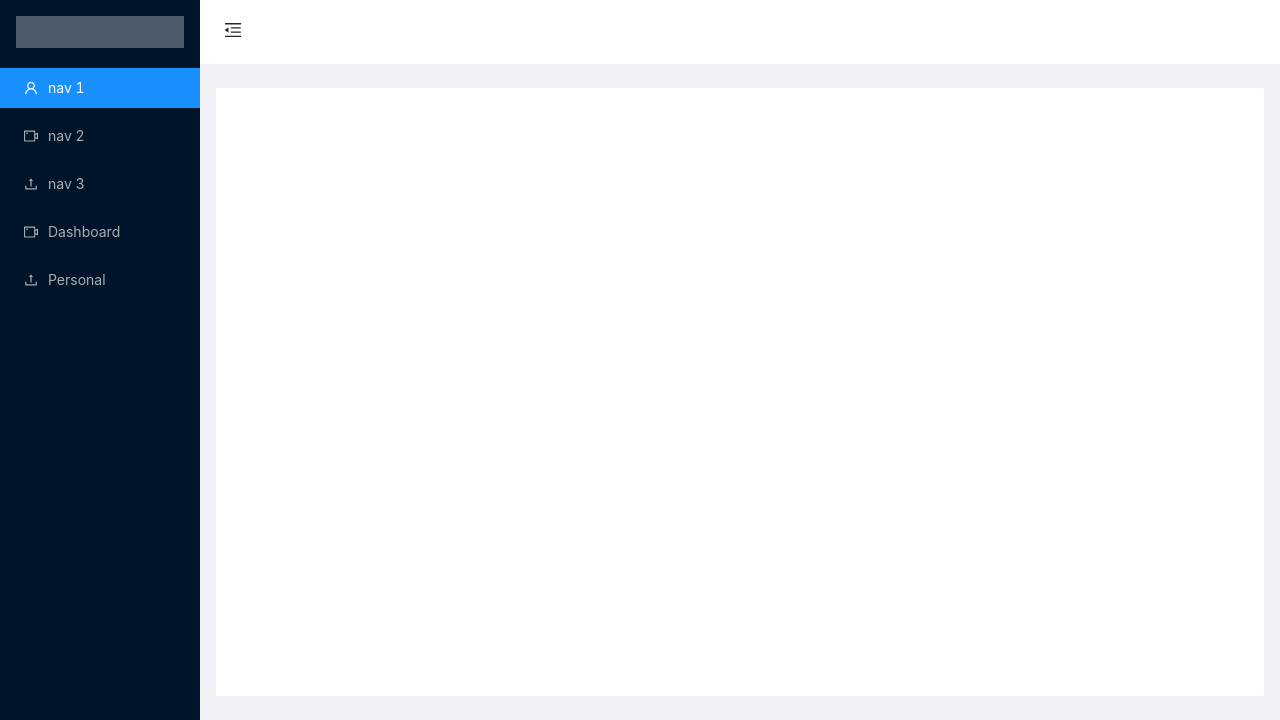
Repository: DallenCat/react-test
Page: /login
An editor plug-in stored every save of this project. The page is shown before and after the next save, followed by the edit.
The browser window is 1280 px wide. The pictures show the whole page.
The project was rebuilt for these pictures with package versions that can differ from the ones it lists, and the page was loaded fresh each time.

Above is the page before, as saved 2021-10-27 13:10:22.

After the next save:
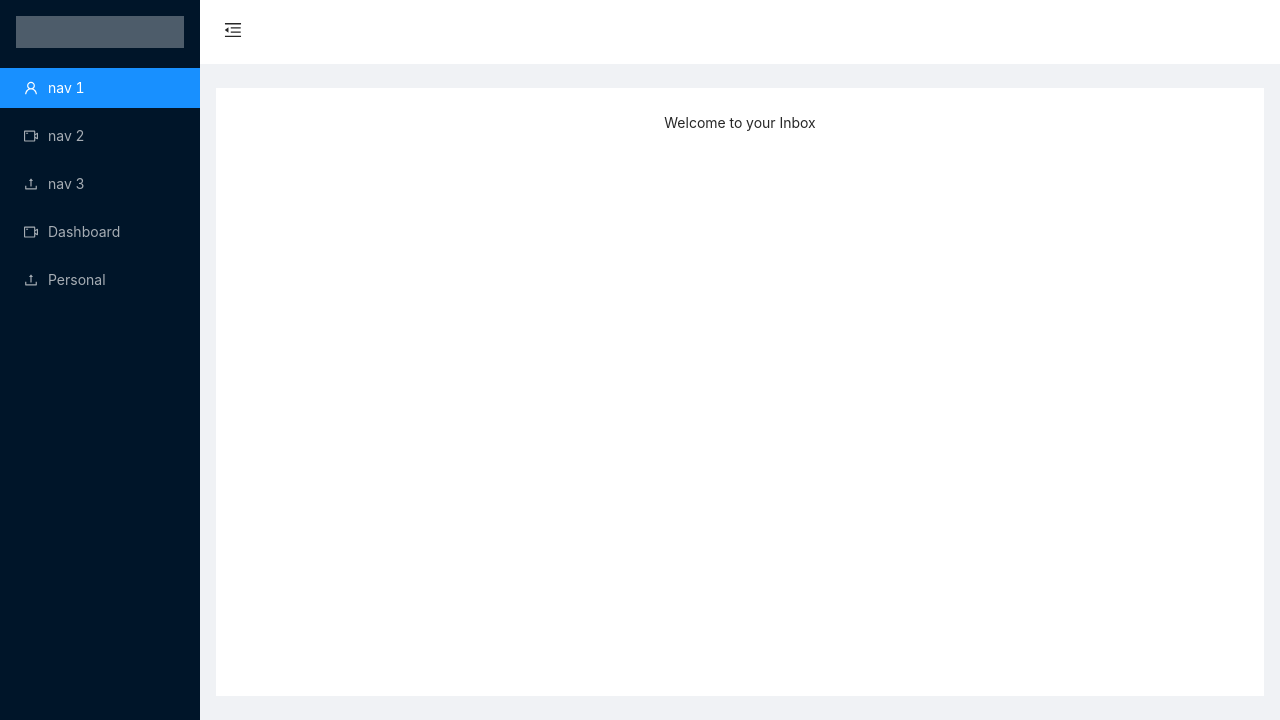
Saved 6 min 4 s later.
--- a/src/components/layout/index.js
+++ b/src/components/layout/index.js
@@ -4,7 +4,7 @@
  * @Author: dal
  * @Date: 2021-10-27 09:54:26
  * @LastEditors: dal
- * @LastEditTime: 2021-10-27 13:10:22
+ * @LastEditTime: 2021-10-27 13:16:26
  */
 import React from "react"
 import { Layout, Menu } from 'antd';
@@ -72,7 +72,7 @@ class SiderDemo extends React.Component {
               minHeight: 280,
             }}
           >
-            {this.props.children}
+            {this.props.children || "Welcome to your Inbox"}
           </Content>
         </Layout>
       </Layout>
